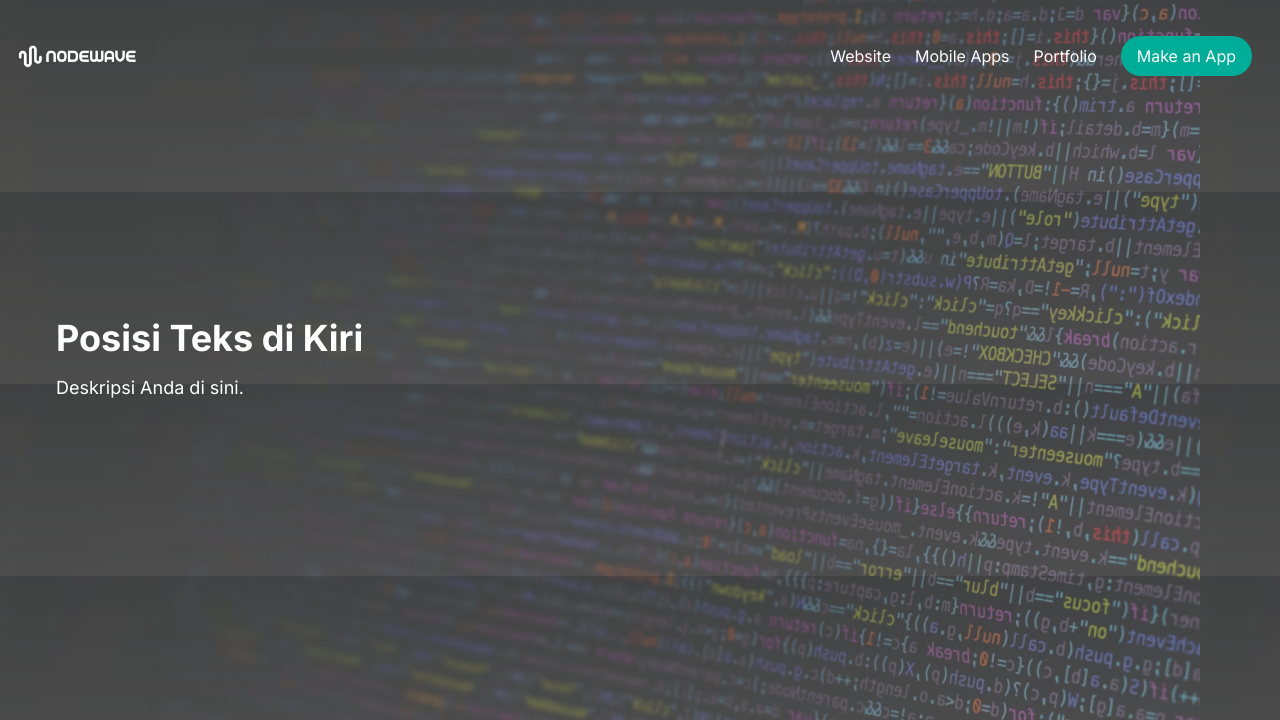
Repository: farrelmuhammad/nodewave
Page: /
These files come from the project's save history. The page is drawn as it stood at one moment and after the next save; the edit follows.
The browser window is 1280 px wide. The pictures show the whole page.
The project was rebuilt for these pictures with package versions that can differ from the ones it lists, and the page was loaded fresh each time. The framework's server and built-in components were replaced by stand-ins that run in the browser. Also part of the build but not shown: next.config.js.

Above is the page before, as saved 2023-09-08 13:30:10.

After the next save:
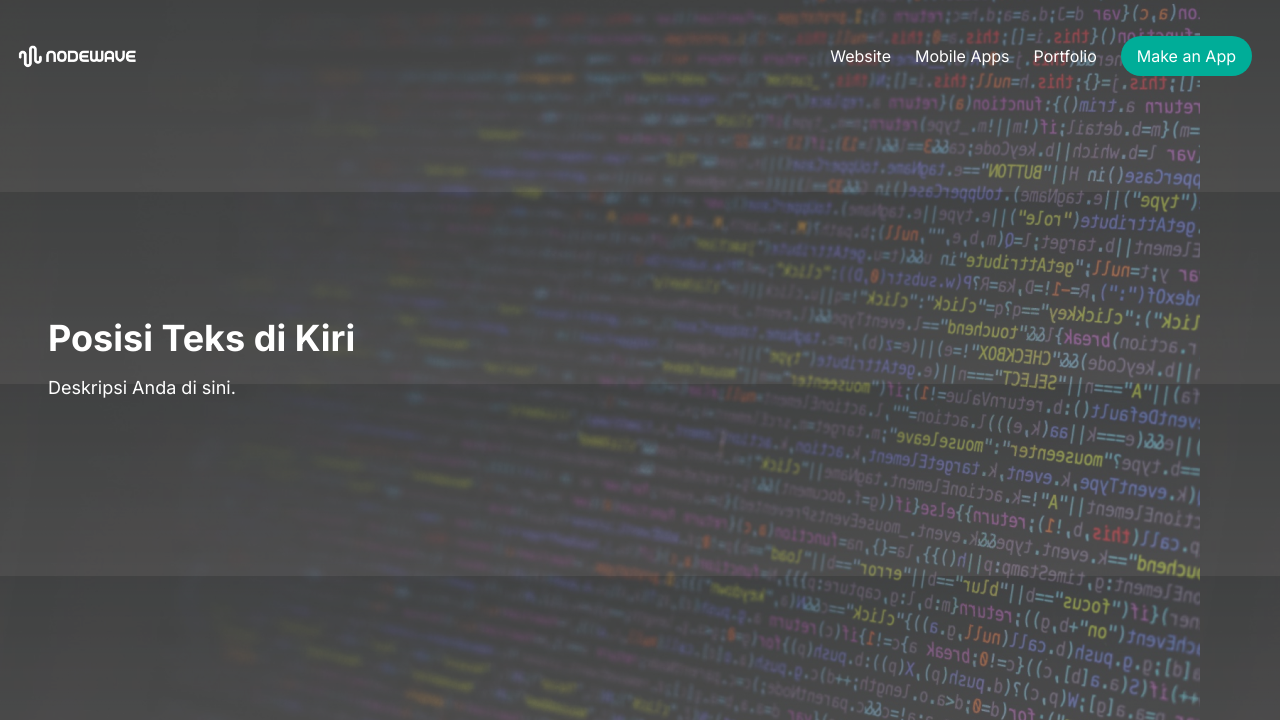
Saved 5 s later.
--- a/src/components/Hero.jsx
+++ b/src/components/Hero.jsx
@@ -12,7 +12,7 @@
       ></div>
 
       {/* Hero Content */}
-      <div className="absolute inset-0 flex items-center justify-start px-14">
+      <div className="absolute inset-0 flex items-center justify-start px-12">
         <div className="text-white">
           <h1 className="text-4xl font-bold mb-4">Posisi Teks di Kiri</h1>
           <p className="text-lg">Deskripsi Anda di sini.</p>

After the save that followed:
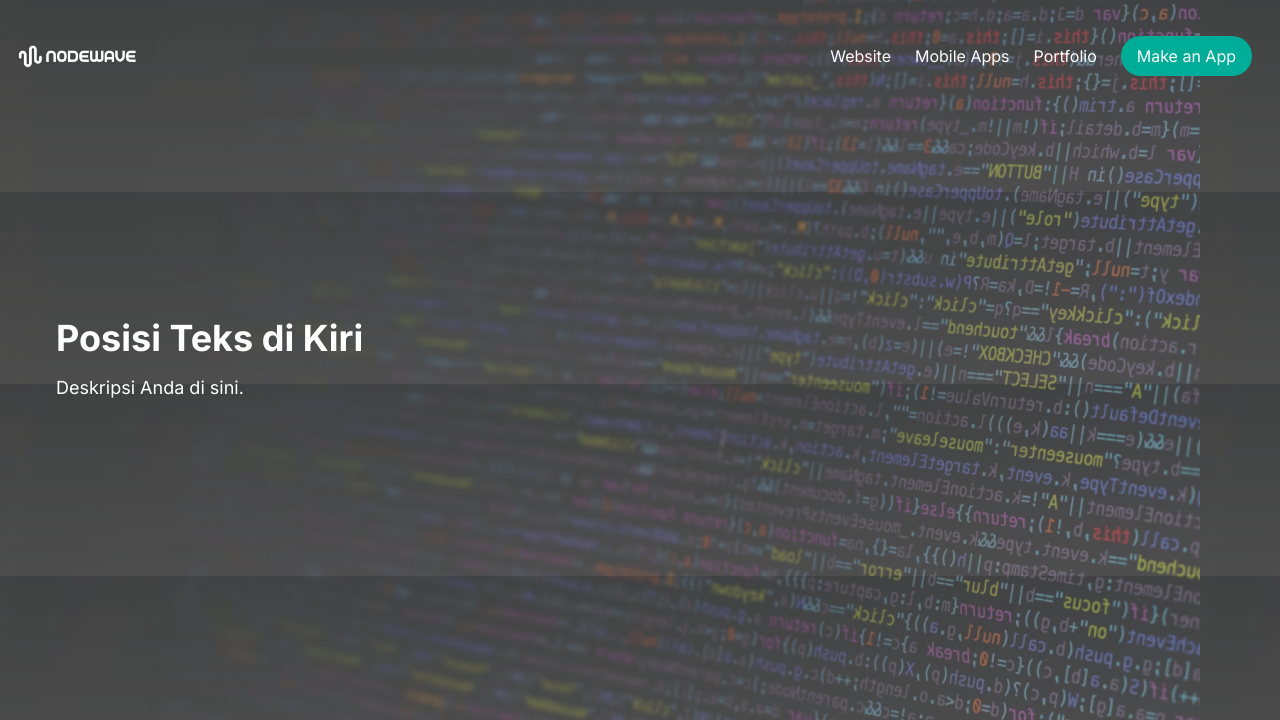
Saved 4 s later.
--- a/src/components/Hero.jsx
+++ b/src/components/Hero.jsx
@@ -12,7 +12,7 @@
       ></div>
 
       {/* Hero Content */}
-      <div className="absolute inset-0 flex items-center justify-start px-12">
+      <div className="absolute inset-0 flex items-center justify-start px-14">
         <div className="text-white">
           <h1 className="text-4xl font-bold mb-4">Posisi Teks di Kiri</h1>
           <p className="text-lg">Deskripsi Anda di sini.</p>
